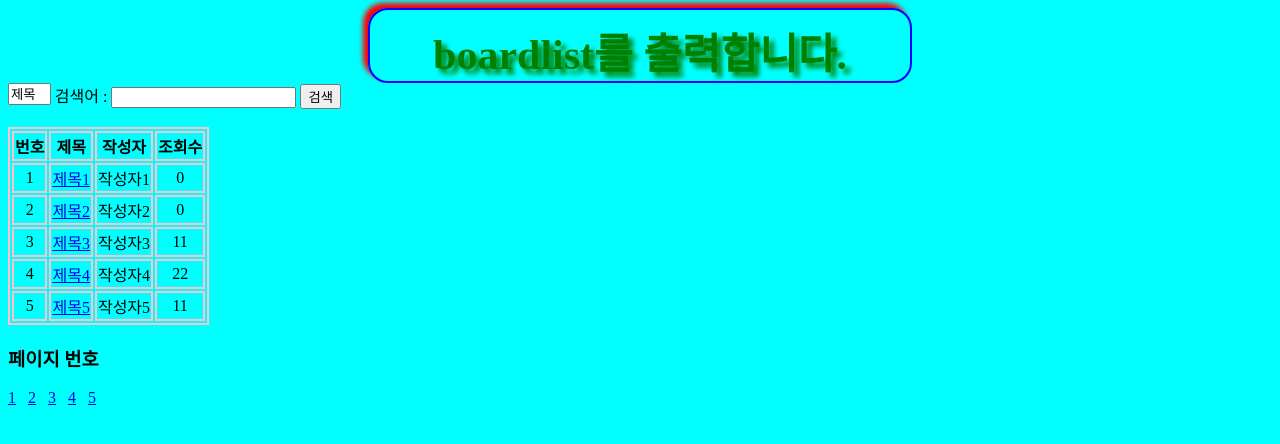
Repository: younseochoi/AI_PLATFORM
Page: my_code/03_web/html/src/main/webapp/boardlist.html
These files come from the project's save history. The page is drawn as it stood at one moment and after the next save; the edit follows.
The browser window is 1280 px wide. The pictures show the whole page.

Above is the page before, as saved 2022-07-25 08:11:25.

### my_code/03_web/html/src/main/webapp/boardlist.html
<!DOCTYPE html>
<html>
<head>
<meta charset="UTF-8">
<title>게시물리스트입니다.</title>
<style type="text/css">
body{
	background-color: aqua;
}

#title{
/* 제목 파랑박스 가로 중앙정렬/ 빨강음영 / 모서리 둥글게/ 텍스트 녹색 중앙정렬 */
	border: 2px solid blue;
	border-radius: 20px;
	color:green;
	font-size: 42px ;
	margin:0 auto ;
	box-shadow: -5px -5px 5px red;
	text-shadow: 5px 5px 5px green;
	text-align: center;
	width: 500px;
	padding :10px 20px 0px 20px ;
}
#table-box{
	margin:0 auto;
	text-align: center ;
}
table{ border: 2px solid pink; margin:0;}
tr{border: 2px solid pink; margin:0;}
th{border: 2px solid pink; margin:0;}
td{border: 2px solid pink; margin:0;}
</style>
</head>
<body>
<div id="title-box">
<h1 id="title">boardlist를 출력합니다.</h1>
</div>
<form action="boardsearch.html">
<div>
	<select name="item" multiple="multiple" size ="1" lang="1">
		<option value = "title">제목</option>
		<option value ="contents">내용</option>
		<option value="writer">작성자</option>
	</select>
	검색어 : <input type="text" name= "keyword">
			<input type = "submit" value="검색">
</div>
</form>
<br>
<div id="table-box">
<table>
	<tr>
		<th>번호</th>
		<th>제목</th>
		<th>작성자</th>
		<th>조회수</th>
	</tr>
	<tr>
		<td>1</td>
		<td><a href="boarddetail.html">제목1</a></td>
		<td>작성자1</td>
		<td>0</td>
	</tr>
	<tr>
		<td>2</td>
		<td><a href="boarddetail.html">제목2</a></td>
		<td>작성자2</td>
		<td>0</td>
	</tr>
	<tr>
		<td>3</td>
		<td><a href="boarddetail.html">제목3</a></td>
		<td>작성자3</td>
		<td>11</td>
	</tr>
	<tr>
		<td>4</td>
		<td><a href="boarddetail.html">제목4</a></td>
		<td>작성자4</td>
		<td>22</td>
	</tr>
	<tr>
		<td>5</td>
		<td><a href="boarddetail.html">제목5</a></td>
		<td>작성자5</td>
		<td>11</td>
	</tr>
</table>
</div>
<div>
	<h3>페이지 번호</h3>
	<a href="boardlist.html">1</a> &nbsp;
	<a href="boardlist.html">2</a> &nbsp;
	<a href="boardlist.html">3</a> &nbsp;
	<a href="boardlist.html">4</a> &nbsp;
	<a href="boardlist.html">5</a> &nbsp;
</div>
</body>
</html>

After the next save:
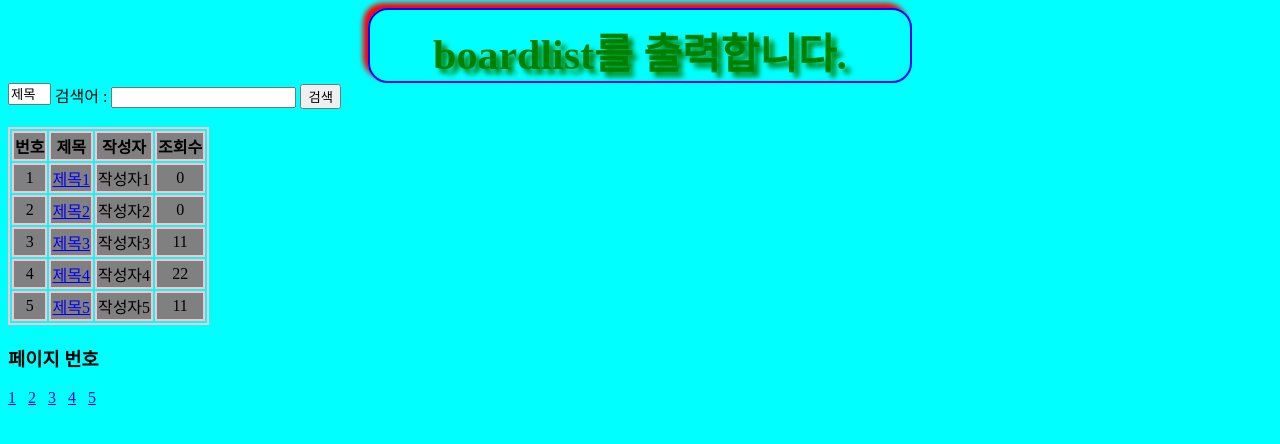
Saved 23 s later.
--- a/my_code/03_web/html/src/main/webapp/boardlist.html
+++ b/my_code/03_web/html/src/main/webapp/boardlist.html
@@ -26,7 +26,7 @@ body{
 	text-align: center ;
 }
 table{ border: 2px solid pink; margin:0;}
-tr{border: 2px solid pink; margin:0;}
+tr{border: 2px solid pink; margin:0; background-color: gray;}
 th{border: 2px solid pink; margin:0;}
 td{border: 2px solid pink; margin:0;}
 </style>
